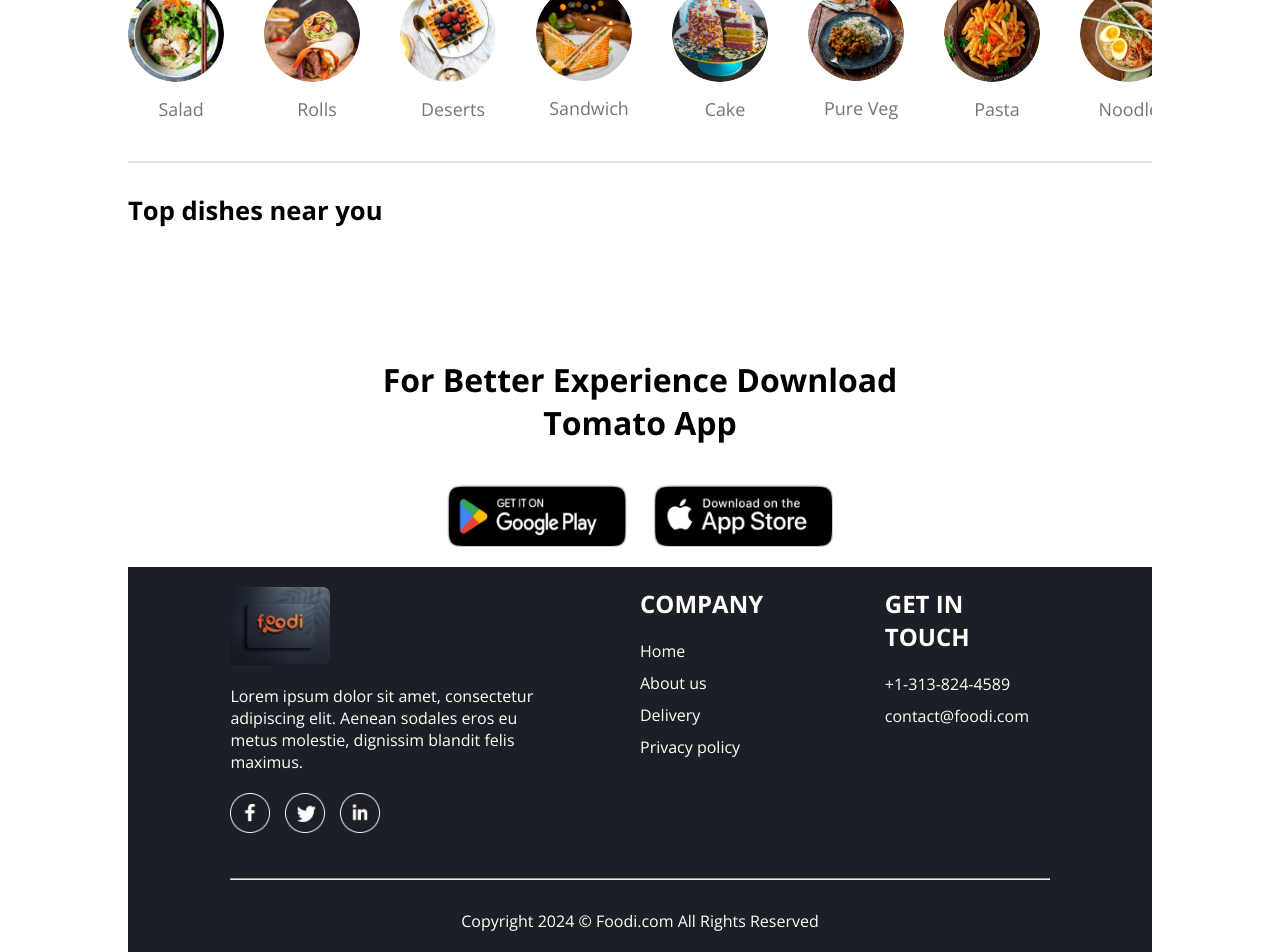
Repository: LolaSL/food-delivery-app
Page: / (app in frontend/)
The author's editor kept a copy of each file at every save. The page is drawn from the files as they stood at one save, then again after the next save.
The browser window is 1280 px wide. The pictures show the part of the page from y = 797 to 1749 px (the page is 1749 px tall before and 1679 px after).
The page's requests for data from a server got no answer. The project was rebuilt for these pictures with package versions that can differ from the ones it lists, and the page was loaded fresh each time. No one was signed in, and anything a server would have sent is missing. Also part of the build but not shown: frontend/vite.config.js, frontend/src/components/foodItem/FoodItem.jsx, frontend/src/components/cart/Cart.css, frontend/src/components/cart/Cart.jsx, frontend/src/components/order/PlaceOrder.css, frontend/src/components/order/PlaceOrder.jsx, frontend/src/components/login/Login.jsx, frontend/src/pages/verify/Verify.css and 3 more.

Above is the page before, as saved 2024-05-28 20:41:58.

### frontend/index.html
<!doctype html>
<html lang="en">
  <head>
    <meta charset="UTF-8" />
    <link rel="icon" type="image/svg+xml" href="/vite.svg" />

    <meta name="viewport" content="width=device-width, initial-scale=1.0" />
    <link rel="preconnect" href="https://fonts.googleapis.com">
<link rel="preconnect" href="https://fonts.gstatic.com" crossorigin>
<link href="https://fonts.googleapis.com/css2?family=Open+Sans:ital,wght@0,300..800;1,300..800&display=swap" rel="stylesheet">
    <title>Food Delivery Application</title>
  </head>
  <body>
    <div id="root"></div>
    <script type="module" src="/src/main.jsx"></script>
  </body>
</html>

### frontend/src/main.jsx

import ReactDOM from 'react-dom/client';
import App from './App.jsx';
import './index.css';
import { BrowserRouter } from 'react-router-dom';
import StoreContextProvider from './context/StoreContext.jsx';

ReactDOM.createRoot(document.getElementById('root')).render(
  <BrowserRouter>
    <StoreContextProvider >
      <App />
    </StoreContextProvider>
  </BrowserRouter>
);

### frontend/src/App.jsx
import Navbar from "./components/navbar/Navbar.jsx";
import Home from "./pages/home/Home.jsx";
import { Routes, Route } from "react-router-dom";
import Cart from "./components/cart/Cart.jsx";
import PlaceOrder from "./components/order/PlaceOrder.jsx";
import Footer from "./components/footer/Footer.jsx";
import { useState } from "react";
import Login from "./components/login/Login.jsx";
import Verify from "./pages/verify/Verify.jsx";
import MyOrders from "./pages/myOrders/MyOrders.jsx";



function App() {

  const [showLogin, setShowLogin] = useState(false);

  return (
    <>
      {showLogin ? <Login setShowLogin={setShowLogin} /> : <div></div>}
      <div className="app">
        <Navbar setShowLogin={setShowLogin} />
        <Routes>
          <Route path="/" element={<Home />} />
          <Route path="/cart" element={<Cart />} />
          <Route path="/order" element={<PlaceOrder />} />
          <Route path="/verify" element={<Verify />} />
          <Route path="/myorders" element={<MyOrders/>} />
        </Routes>
        <Footer />
      </div>
    </>
  );
}

export default App;

### frontend/src/index.css
*{
  padding:0;
  margin:0;
  box-sizing: border-box;
  font-family: "Open Sans", sans-serif;
  scroll-behavior: smooth;
}

body{
  min-height: 100vh;

}
a{
  text-decoration: none;
  color: inherit;
}
.app{
  width: 80%;
  margin: auto;

}
@keyframes fadeIn {
0%{
  opacity: 0;
}
  100%{
    opacity:1;
  }
}

### frontend/src/context/StoreContext.jsx
import { useState, createContext, useEffect } from "react";
import PropTypes from "prop-types";
import axios from "axios";

export const StoreContext = createContext(null);

const StoreContextProvider = ({ children }) => {

  const [cartItems, setCartItems] = useState({});

  const url = "http://localhost:4000";

  const [token, setToken] = useState("");

  const [food_list, setFoodList] = useState([]);

  const addToCart = async (itemId) => {
    if (!cartItems[itemId]) {
      setCartItems((prev) => ({ ...prev, [itemId]: 1 }));
    } else {
      setCartItems((prev) => ({ ...prev, [itemId]: prev[itemId] + 1 }));
    }
    if (token) {
      await axios.post(
        url + "/api/cart/add",
        { itemId },
        { headers: { token } }
      );
    }
  };

  const removeFromCart = async (itemId) => {
    setCartItems((prev) => ({ ...prev, [itemId]: prev[itemId] - 1 }));
    if (token) {
      await axios.post(
        url + "/api/cart/remove",
        { itemId },
        { headers: { token } }
      );
    }
  };

  const getTotalCartAmount = () => {
    let totalAmount = 0;
    for (const item in cartItems) {
      if (cartItems[item] > 0) {
        let itemInfo = food_list.find((product) => product._id === item);
        totalAmount += itemInfo.price * cartItems[item];
      }
    }
    return totalAmount;
  };

  const fetchFoodList = async () => {
    const response = await axios.get(url + "/api/food/list");
    setFoodList(response.data.data);
  };

  const loadCartData = async (token) => {
    const response = await axios.post(
      url + "/api/cart/get",
      {},
      { headers: { token } }
    );

    setCartItems(response.data.cartData);
  };

  useEffect(() => {
    async function loadData() {
      await fetchFoodList();
      if (localStorage.getItem("token")) {
        setToken(localStorage.getItem("token"));
        await loadCartData(localStorage.getItem("token"));
      }
    }
    loadData();
  }, []);

  const contextValue = {
    food_list,
    cartItems,
    setCartItems,
    addToCart,
    removeFromCart,
    getTotalCartAmount,
    url,
    token,
    setToken,
  };

  return (
    <StoreContext.Provider value={contextValue}>
      {children}
    </StoreContext.Provider>
  );
};

StoreContextProvider.propTypes = {
  children: PropTypes.oneOfType([
    PropTypes.arrayOf(PropTypes.node),
    PropTypes.node,
  ]).isRequired,
};

export default StoreContextProvider;

### frontend/src/components/navbar/Navbar.jsx
import { useContext, useState } from "react";
import "./Navbar.css";
import { assets } from "../../assets/assets.js";
import { Link, useNavigate } from "react-router-dom";
import PropTypes from "prop-types";
import { StoreContext } from "../../context/StoreContext.jsx";

const Navbar = ({ setShowLogin }) => {

  const [menu, setMenu] = useState("Home");

  const { getTotalCartAmount, token, setToken } = useContext(StoreContext);

  const navigate = useNavigate();

  const logout = () => {
    localStorage.removeItem("token");
    setToken("");
    navigate("/");
  };

  return (
    <div className="navbar">
      <Link to="/">
        <img src={assets.logo} alt="logo" />
      </Link>
      <ul className="navbar-menu">
        <Link
          to="/"
          onClick={() => setMenu("Home")}
          className={menu === "Home" ? "active" : ""}
        >
          Home
        </Link>
        <a
          href="#explore-menu"
          onClick={() => setMenu("Menu")}
          className={menu === "Menu" ? "active" : ""}
        >
          Menu
        </a>
        <a
          href="#app-download"
          onClick={() => setMenu("Mobile-App")}
          className={menu === "Mobile-App" ? "active" : ""}
        >
          Mobile-App
        </a>
        <a
          href="#footer"
          onClick={() => setMenu("Contact Us")}
          className={menu === "Contact Us" ? "active" : ""}
        >
          Contact Us
        </a>
      </ul>
      <div className="navbar-right">
        <div className="navbar-search-icon">
          <Link to="/cart">
            <img src={assets.basket_icon} alt="backet icon" />
          </Link>
          <div className={getTotalCartAmount() === 0 ? "" : "dot"}></div>
        </div>
        {!token ? (
          <button className="btn-signup" onClick={() => setShowLogin(true)}>
            SingUp
          </button>
        ) : (
          <div className="navbar-profile">
            <img src={assets.profile_icon} alt="profile icon" />
            <ul className="navbar-profile-dropdown">
              <li onClick={() => navigate("/myorders")}>
                <img src={assets.bag_icon} alt="bag icon" />
                <p>Orders</p>
              </li>
              <hr />
              <li onClick={logout}>
                <img src={assets.logout_icon} alt="logout icon" />
                <p>Logout</p>
              </li>
            </ul>
          </div>
        )}
      </div>
    </div>
  );
};

Navbar.propTypes = {
  setShowLogin: PropTypes.func.isRequired,
};
export default Navbar;

### frontend/src/pages/home/Home.jsx
import Header from "../../components/header/Header.jsx";
import Explore from "../../components/explore/Explore.jsx";
import { useState } from "react";
import FoodDisplay from "../../components/foodDisplay/FoodDisplay.jsx";
import AppDownload from "../../components/appDownload/AppDownload.jsx";

const Home = () => {

  const [category, setCategory] = useState("All");
  return (
    <div>
      <Header />
      <Explore category={category} setCategory={setCategory} />
      <FoodDisplay category={category} />
      <AppDownload />
    </div>
  );
};

export default Home;

### frontend/src/components/footer/Footer.jsx
import './Footer.css'
import { assets } from "../../assets/assets";

const Footer = () => {
  return (
    <div className="footer" id="footer">
      <div className="footer-content">
        <div className="footer-content-left">
          <img src={assets.logo} alt="logo" className="logo-img" />
          <p>
            Lorem ipsum dolor sit amet, consectetur adipiscing elit. Aenean
            sodales eros eu metus molestie, dignissim blandit felis maximus.
          </p>
          <div className="footer-social-icons">
            <img src={assets.facebook_icon} alt="facebook logo" />
            <img src={assets.twitter_icon} alt="twitter logo" />
            <img src={assets.linkedin_icon} alt="linkedin logo" />
          </div>
        </div>
        <div className="footer-content-center">
          <h2>COMPANY</h2>
          <ul>
            <li>Home</li>
            <li>About us</li>
            <li>Delivery</li>
            <li>Privacy policy</li>
          </ul>
        </div>
        <div className="footer-content-right">
          <h2>GET IN TOUCH</h2>
          <ul>
            <li>+1-313-824-4589</li>
            <li>contact@foodi.com</li>
          </ul>
        </div>
      </div>
      <hr />
      <p className="footer-copyright">
        Copyright 2024 &#169; Foodi.com  All Rights Reserved
      </p>
    </div>
  );
};

export default Footer;

### frontend/src/components/navbar/Navbar.css

.navbar {
  display: flex;
  justify-content: space-between;
  align-items: center;
  background-color: #1c1f26;
  color: #d9d9d9;
  padding: 20px;
}


.navbar img {
  max-width: 100px;
  margin-right: 20px;
}


.navbar-menu {
  list-style: none;
  display: flex;
  gap: 20px;
}

.navbar-menu li {
  cursor: pointer;
  cursor: pointer;
  transition: color 0.3s;
}

.navbar-menu li.active {
  color: #fff;
}


.navbar-right {
  display: flex;
  align-items: center;
}


.navbar-right img[src*="search_icon"] {
  width: 20px;
  margin-right: 10px;
}


.navbar-search-icon img[src*="basket_icon"] {
  width: 20px;
  margin-right: 5px;
}


.dot {
  width: 8px;
  height: 8px;
  background-color: #ff5f5f;
  border-radius: 50%;
  display: inline-block;
  margin:8px;
  padding: 2px;
}

.btn-signup {
  background-color: coral;
  border: 1px solid #fff;
  border-radius: 6px;
  color: #fff;
  padding: 5px 10px;
  cursor: pointer;
  transition: background-color 0.3s, color 0.3s;
}

.btn-signup:hover {
  background-color: #fff;
  color: #323232;
}

.navbar-profile {
  position: relative;
}

.navbar-profile-dropdown {
  position: absolute;
  display: none;
  right: 0;
  z-index: 1;
}

.navbar-profile:hover .navbar-profile-dropdown {
  display: flex;
  flex-direction: column;
  gap: 10px;
  color: black;
  background-color: #fff2ef;
  padding: 12px 25px;
  border-radius: 4px;
  border: 1px solid coral;
  outline: 2px solid white;
  list-style: none;
}

.navbar-profile-dropdown li {
  display: flex;
  align-items: center;
  gap: 10px;
  cursor: pointer;
}

.navbar-profile-dropdown img {
  width: 20px;
}

.navbar-profile-dropdown li:hover {
  color: coral;
}

@media (max-width: 1050px) {
  .navbar .logo {
    width: 140px;
  }
  .navbar-menu {
    gap: 30px;
    font-size: 17px;
  }
  .navbar-right {
    gap: 30px;
  }
  .navbar-right img {
    width: 22px;
  }

  .navbar-right button {
    padding: 8px 25px;
  }
}
@media (max-width: 900px) {
  .navbar .logo {
    width: 120px;
  }
  .navbar-menu {
    gap: 20px;
    font-size: 17px;
  }
  .navbar-right {
    gap: 30px;
  }
  .navbar-right img {
    width: 20px;
  }

  .navbar-right button {
    padding: 7px 10px;
    font-size: 15px;
  }
}

@media (max-width: 750px) {
  .navbar-menu {
    display: none;
  }
}

### frontend/src/components/header/Header.jsx
import "./Header.css";

const Header = () => {
  return (
    <div className="header-container">
      <div className="header-content">
        <h3>Order your favorite food here</h3>
        <p>
          Explore our diverse menu, which includes a variety of dishes
          meticulously crafted with the finest ingredients. Elevate your dining
          experience, one delicious meal at a time
        </p>
        <button>View Menu</button>
      </div>
    </div>
  );
};

export default Header;

### frontend/src/components/explore/Explore.jsx

import PropTypes from 'prop-types';
import './Explore.css';
import { menu_list } from '../../assets/assets.js';

const Explore = ({ category, setCategory }) => {
  return (
    <div className="explore-menu" id="explore-menu">
      <h1>Explore our menu</h1>
      <p className="explore-menu-text">
        Choose from a diverse menu featuring a delectable list of dishes, ranging
        from savory delights like truffle-infused risotto to sweet indulgences
        such as Butterscotch Cake.
      </p>
      <div className="explore-menu-list">
        {menu_list.map((item, index) => (
          <div
            onClick={() => setCategory(prev => prev === item.menu_name ? 'All' : item.menu_name)}
            key={index}
            className="explore-menu-list-item"
          >
            <img className={category === item.menu_name ? 'active' : ''} src={item.menu_image} alt={item.menu_name} />
            <p>{item.menu_name}</p>
          </div>
        ))}
      </div>
      <hr />
    </div>
  );
};

Explore.propTypes = {
  category: PropTypes.string.isRequired,
  setCategory: PropTypes.func.isRequired,
};

export default Explore;

### frontend/src/components/foodDisplay/FoodDisplay.jsx
import PropTypes from "prop-types";
import { useContext } from "react";
import "./FoodDisplay.css";
import { StoreContext } from "../../context/StoreContext";
import FoodItem from "../foodItem/FoodItem";

const FoodDisplay = ({ category }) => {

  const { food_list } = useContext(StoreContext);

  return (
    <div className="food-display" id="food-display">
      <h2>Top dishes near you</h2>
      <div className="food-display-list">
        {food_list.map((item, index) => {
          if (category === "All" || category === item.category) {
            return (
              <FoodItem
                key={index}
                id={item._id}
                name={item.name}
                description={item.description}
                price={item.price}
                image={item.image}
                category={category}
              />
            );
          }
        })}
      </div>
    </div>
  );
};

export default FoodDisplay;

FoodDisplay.propTypes = {
  category: PropTypes.string.isRequired,
};

### frontend/src/components/appDownload/AppDownload.jsx
import './AppDownload.css';
import { assets } from '../../assets/assets.js';


const AppDownload = () => {
  return (
      <div className="app-download" id="app-download">
          <h1>For Better Experience Download <br /> Tomato App</h1>
          <div className='app-download-platforms'>
          <img
            src={assets.play_store}
            alt="Add white icon"
              />
                     <img
            src={assets.app_store}
            alt="Add white icon"
          />

          </div>
    </div>
  )
}

export default AppDownload;

### frontend/src/components/footer/Footer.css

.footer {
  background-color: #1c1f26;
  padding: 20px;
  margin-top: 20px;
  gap: 20px;
  color: white;
  padding-top: 80px;
  padding: 20px 8vw;
  display: flex;
  flex-direction: column;
 }

 .footer-content-left .logo-img{
border-radius: 7px;
max-width: 100px;
height:auto;
}
.footer-content {
  width: 100%;
  display: grid;
  grid-template-columns: 2fr 1fr 1fr;
  gap: 80px;
}
.footer-content li{
  list-style: none;
  text-decoration: none;
}
.footer-content-left,.logo-img,
.footer-content-right,
.footer-content-center {
  display: flex;
  flex-direction: column;
  align-items: start;
  gap: 20px;
}
.footer-content-left,
.footer-content-right,
.footer-content-center {
  margin-bottom: 10px;
  cursor: pointer;
}

.footer-content-left li,
.footer-content-right li,
.footer-content-center li {
  margin-bottom: 10px;

}
.footer-content-right h2,
.footer-content-center h2 {
  color: white;
}

.footer-social-icons img {
  width: 40px;
  margin-right: 15px;
}
.footer hr {
  width: 100%;
  height: 2px;
  margin: 10px 0px;
}
.footer-copyright {
  text-align: center;
}

@media (max-width: 750px) {
  .footer-content {
    display: flex;
    flex-direction: column;
    gap: 35px;
  }
  .footer-copyright {
    text-align: center;
  }
}

### frontend/src/components/header/Header.css
.header-container {
  height: 32vw;
  margin: 30px auto;
  background: url("header_img.png") no-repeat;
  background-repeat: no-repeat;
  background-size: contain;
  background-position: center;
  position: relative;
  object-fit: contain;
  padding: 20px;
}

.header-content {
  position: absolute;
  display: flex;
  flex-direction: column;
  align-items: start;
  gap: 1.5vw;
  max-width: 60%;
  bottom: 10%;
  left: 6vw;
  animation: fadeIn 4s;
}

.header-content h3 {
  font-weight: 500;
  color:white;
  font-size: max(3.6vw, 22px);
  text-shadow: 1px 1px 2px grey;
}

.header-content p {
  color: white;
  font-size: 1.3vw;
  text-shadow: 1px 1px 2px grey;
  text-align: justify;
}

button {
  margin: 15px;
  background-color: transparent;
  border: 1px solid #fff;
  border-radius: 5px;
  text-shadow: 1px 1px 2px grey;
  color: #fff;
  padding: 5px 10px;
  font-weight: bold;
  cursor: pointer;
  transition: background-color 0.3s, color 0.3s;
}


@media (max-width: 1050px) {
  .header-content {
    max-width: 65%;
  }
}

@media (max-width: 750px) {
  .header-content {
    max-width: 70%;
  }
  .header-content p{
  display: none;
  }
  .header-content button{
    padding: 4px 8px;
    }
}

### frontend/src/components/explore/Explore.css

.explore-menu {
    display: flex;
    flex-direction:column;
    gap:20px;

  }

  .explore-menu h1 {
    color:#262626;
    font-weight: 500;

  }


  .explore-menu-text {
    max-width: 60%;
    font-size: 16px;
    color: #333;
    margin-bottom: 20px;
  }
  .explore-menu-list{
    display: flex;
    align-items: center;
    justify-content: space-between;
    gap:30px;
    text-align: center;
    margin: 20px 0px;
    overflow-x: scroll;
  }

  .explore-menu-list::-webkit-scrollbar{
    display: none;
  }


  .explore-menu-list-item img {
    width: 7.5vw;
    min-width: 80px;
    cusor:pointer;
    border-radius:50%;
    transition: 0.5s;
    margin-right: 10px;
  }


  .explore-menu-list-item p {
    margin-top: 10px;
    font-size: max(1.4vw, 16px);
    color: #747474;
  }


  .explore-menu hr {
    border: none;
    height: 2px;
    background-color: #e2e2e2;
    margin-top: 10px 10px;
  }

  .explore-menu-list-item .active {
    border: 4px solid coral;
    padding: 2px;
    border-radius:50%
}

@media(max-width: 1050px){
  .explore-menu-text{
    max-width: 100%;
    font-size:14px;
    text-align: justify;
  }
}

### frontend/src/components/foodDisplay/FoodDisplay.css

.food-display {
  margin-top: 30px;
}
.food-display h2 {
  font-size: max(2vw, 24px);
  font-wieght: 600;
}

.food-display-list {
  display: grid;
  grid-template-columns: repeat(
    auto-fill,
    minmax(240px, 1fr)
  );
  gap: 20px;
  margin-top: 30px;
  row-gap: 50px;
}


.food-item {
  border: 1px solid #ddd;
  border-radius: 8px;
  padding: 10px;
  background-color: #f9f9f9;
  box-shadow: 0 2px 4px rgba(0, 0, 0, 0.1);
}

.food-item img {
  width: 100%;
  border-radius: 15px 15px 0 0;
}


.food-item-info {
  padding-left: 16px;
}


.food-item-name-rating {
  display: flex;
  justify-content: space-between;
  align-items: center;
}

.food-item-name-rating p {
  font-size: 18px;
  font-weight: 500;
}


.food-item-desc {
  margin-top: 8px;
  font-size: 12px;
  color: #777;
}


.food-item-price {
  margin-top: 10px;
  font-weight: 500;
  color: tomato;
  font-size: 20px;
}

### frontend/src/components/appDownload/AppDownload.css
.app-download{
    margin: auto auto;
    margin-top: 100px;
    font-size: max(3vw, 20px;);
    font-weight: 500;
}
.app-download-platforms{
    display: flex;
    justify-content:center;
    gap: max(2vw, 10px);
    margin-top: 40px;
}
.app-download h1{
    text-align: center;
}

.app-download-platforms img{
    widht: max(30vw, 120px);
    max-width: 180px;
transition:0.6s;
cursor: pointer;
}

.app-download-platforms img:hover{
transform: scale(1.1)
}

### frontend/src/components/foodItem/FoodItem.css

.food-item {
  margin: auto;
  border-radius: 15px;
  box-shadow: 0px 0px 10px #00000015;
  transition: 0.3s;
  animation: fadeIn 2s;
}


.food-item-image {
  width: 100%;
  border-radius: 15px 15px 0px 0px;
}


.food-item-info {
  padding-left: 20px;
}

.food-item-name-rating {
  display: flex;
  justify-content: space-between;
  align-items: center;
  margin-bottom: 10px;
}

.food-item-img-container {
  position: relative;
}

.food-item-img-container .add {
  width: 35px;
  position: absolute;
  bottom: 15px;
  right: 15px;
  cursor: pointer;
  border-radius: 50%;
}


.responsive {
  width: 100%;
  max-width: 400px;
  height: auto;
}

.food-item-name-rating p {
  font-size: 20px;
  font-weight: 500;
}


.food-item-name-rating img {
  width: 68px;
  padding: 4px;
}

.food-item-counter {
  position: absolute;
  bottom: 15px;
  right: 15px;
  display: flex;
  gap: 10px;
  align-items: center;
  padding: 6px;
  border-radius: 50px;
  background-color: white;
}

.food-item-counter img {
  width: 30px;
}

.food-item-name {
  font-size: 17px;
  font-weight: 500;
}


.food-item-desc {
  margin-top: 8px;
  font-size: 12px;
  color: #777;
}


.food-item-price {
  margin: 10px 0px;
  font-weight: 500;
  color: coral;
  font-size: 15px;
}


@media screen and (min-width: 1050px) {
  .food-display-list {
    display: grid;
    grid-template-columns: repeat(5, 1fr);
    gap: 20px;
  }
}


@media screen and (max-width: 750px) {
  .food-item {
    width: 100%;
  }
  .food-item-name-rating p {
    font-size: 15px;
    font-weight: 500;
  }
}

Loaded but not shown: frontend/src/assets/assets.js (350 lines, source omitted)

After the next save:
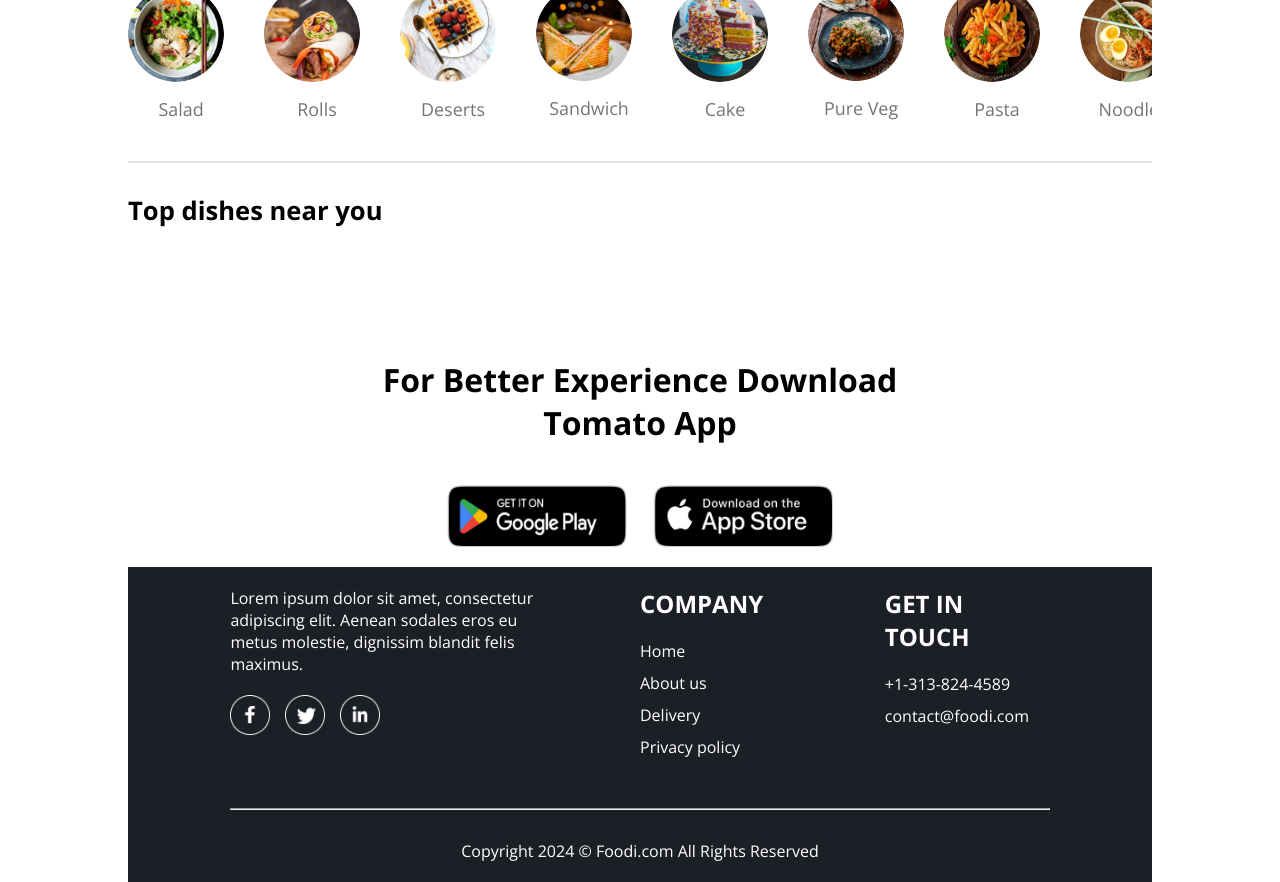
Saved 39 s later.
--- a/frontend/src/components/footer/Footer.jsx
+++ b/frontend/src/components/footer/Footer.jsx
@@ -6,7 +6,7 @@
     <div className="footer" id="footer">
       <div className="footer-content">
         <div className="footer-content-left">
-          <img src={assets.logo} alt="logo" className="logo-img" />
+          {/* <img src={assets.logo} alt="logo" className="logo-img" /> */}
           <p>
             Lorem ipsum dolor sit amet, consectetur adipiscing elit. Aenean
             sodales eros eu metus molestie, dignissim blandit felis maximus.
